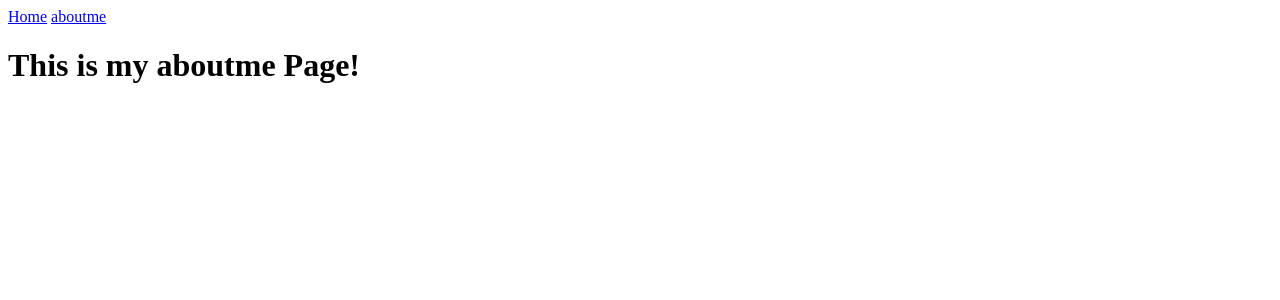
Repository: rsteele2076/rsteele2076.github.io
Page: my_website/aboutme.html
The author's editor kept a record of every edit. The page is drawn from the files as they stood at one moment, then again after the next edit.
The browser window is 1280 px wide. The pictures show the whole page.

Above is the page before.

### my_website/aboutme.html
<!doctype html>
	<html lang="en">
	  <head>
	    <meta charset="utf-8">
	    <title>aboutme</title>
	  </head>
	  <body>
    <a href="index.html">Home</a>
    <a href="aboutme.html">aboutme</a>
    <h1>This is my aboutme Page!</h1>
    <br>
    <a target="_blank" href="https://scratch.mit.edu">
    </a>
	  </body>
	</html>

After the next edit:
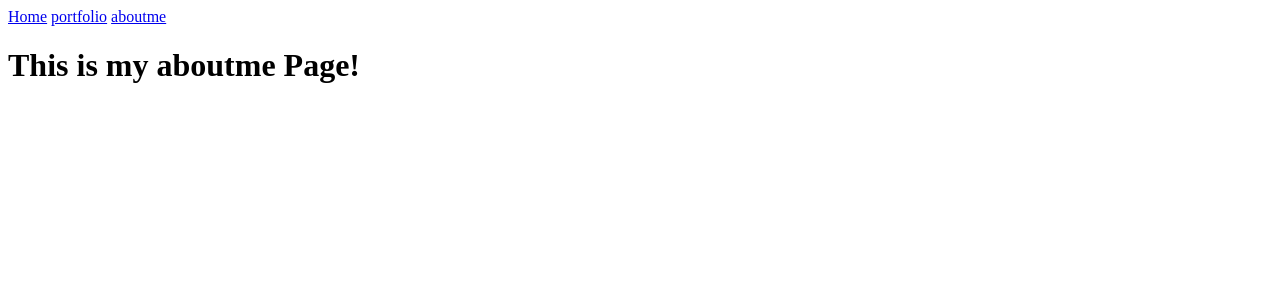
The edit:
--- a/my_website/aboutme.html
+++ b/my_website/aboutme.html
@@ -6,6 +6,7 @@
 	  </head>
 	  <body>
     <a href="index.html">Home</a>
+     <a href="portfolio.html">portfolio</a>
     <a href="aboutme.html">aboutme</a>
     <h1>This is my aboutme Page!</h1>
     <br>
